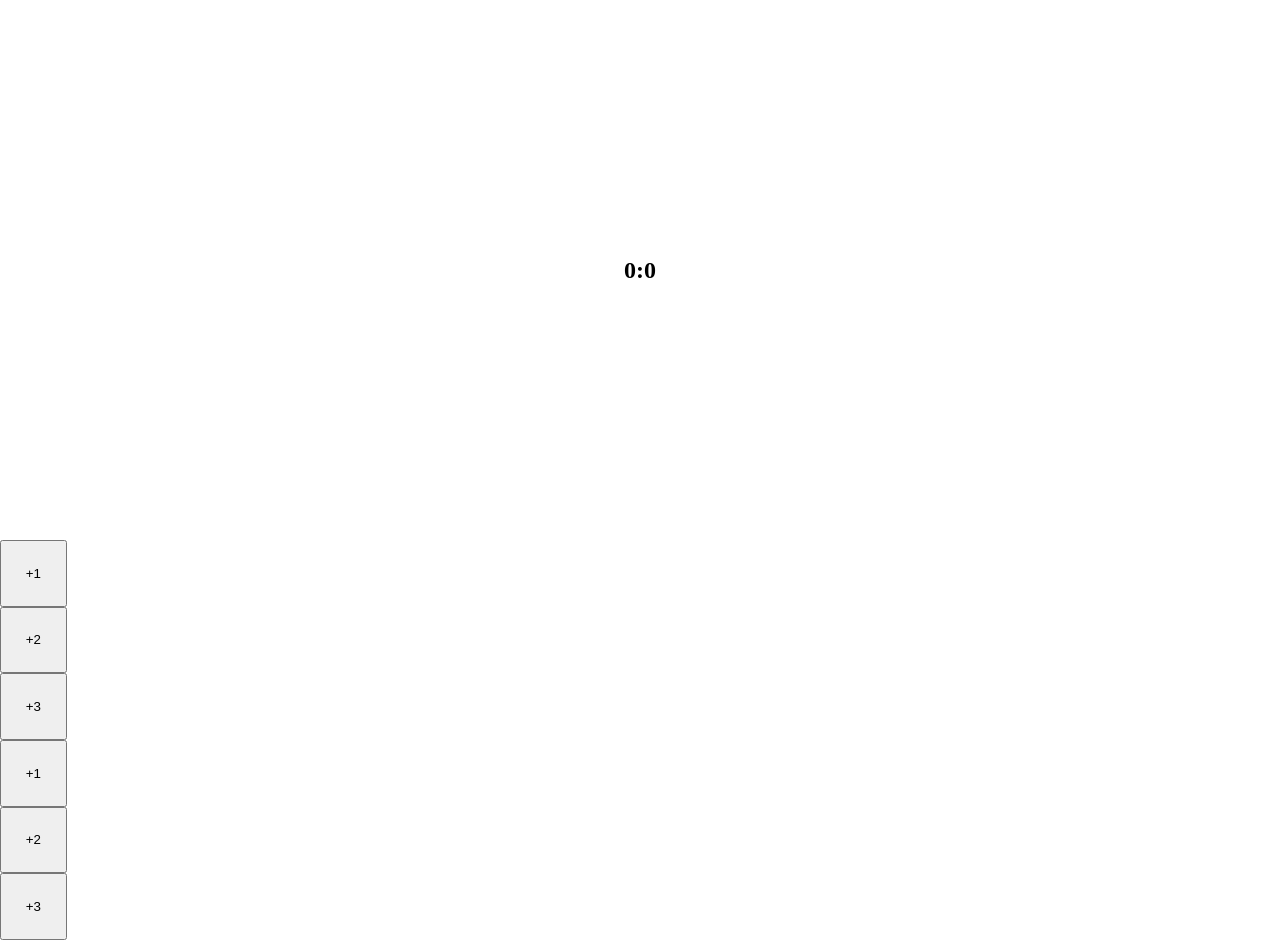
Repository: bollo89/scoreBoard
Page: index.html
The author's editor kept a copy of each file at every save. The page is drawn from the files as they stood at one save, then again after the next save.
The browser window is 1280 px wide. The pictures show the whole page.

Above is the page before, as saved 2022-01-21 12:38:07.

After the next save:
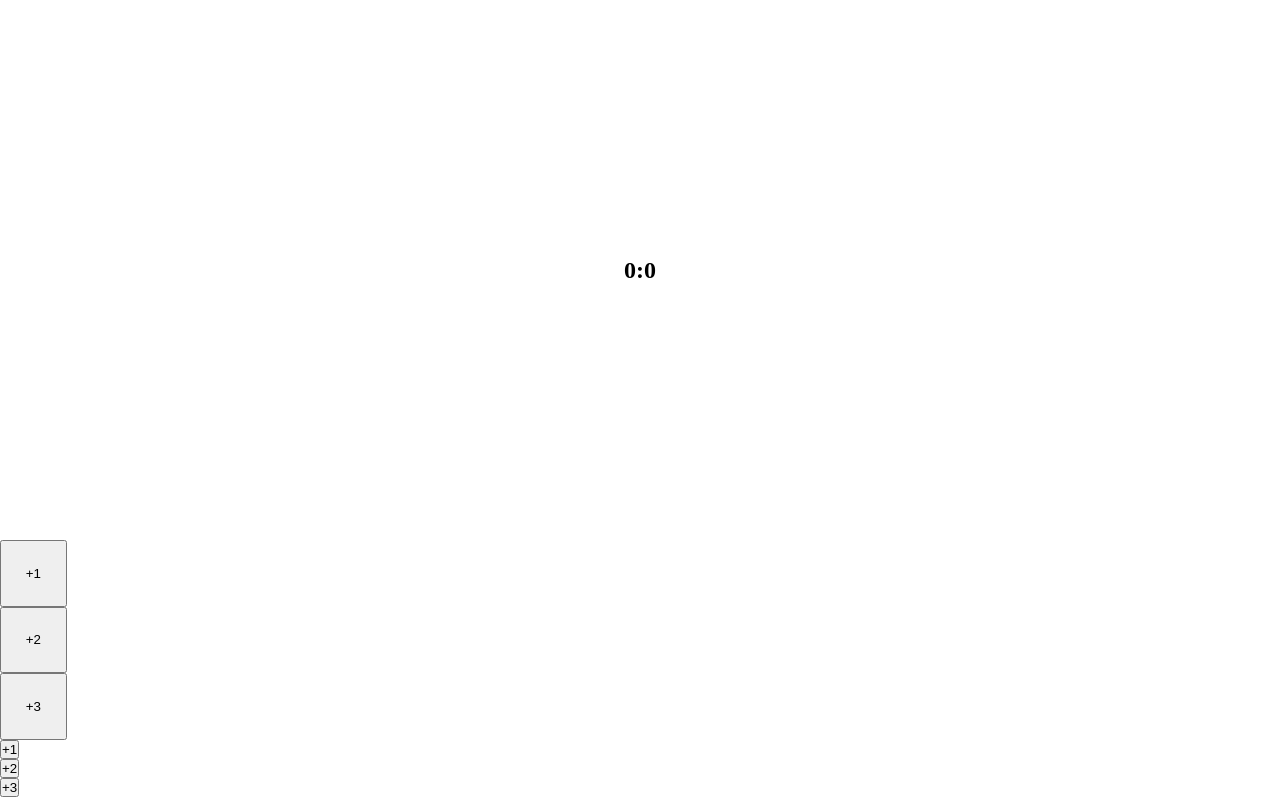
Saved 6 s later.
--- a/style.css
+++ b/style.css
@@ -35,6 +35,5 @@
     width: 5em;
 }
 .btn1a , .btn2a , .btn3a {
-    height: 5em;
-    width: 5em;
+
 }

After the 3 saves that followed:
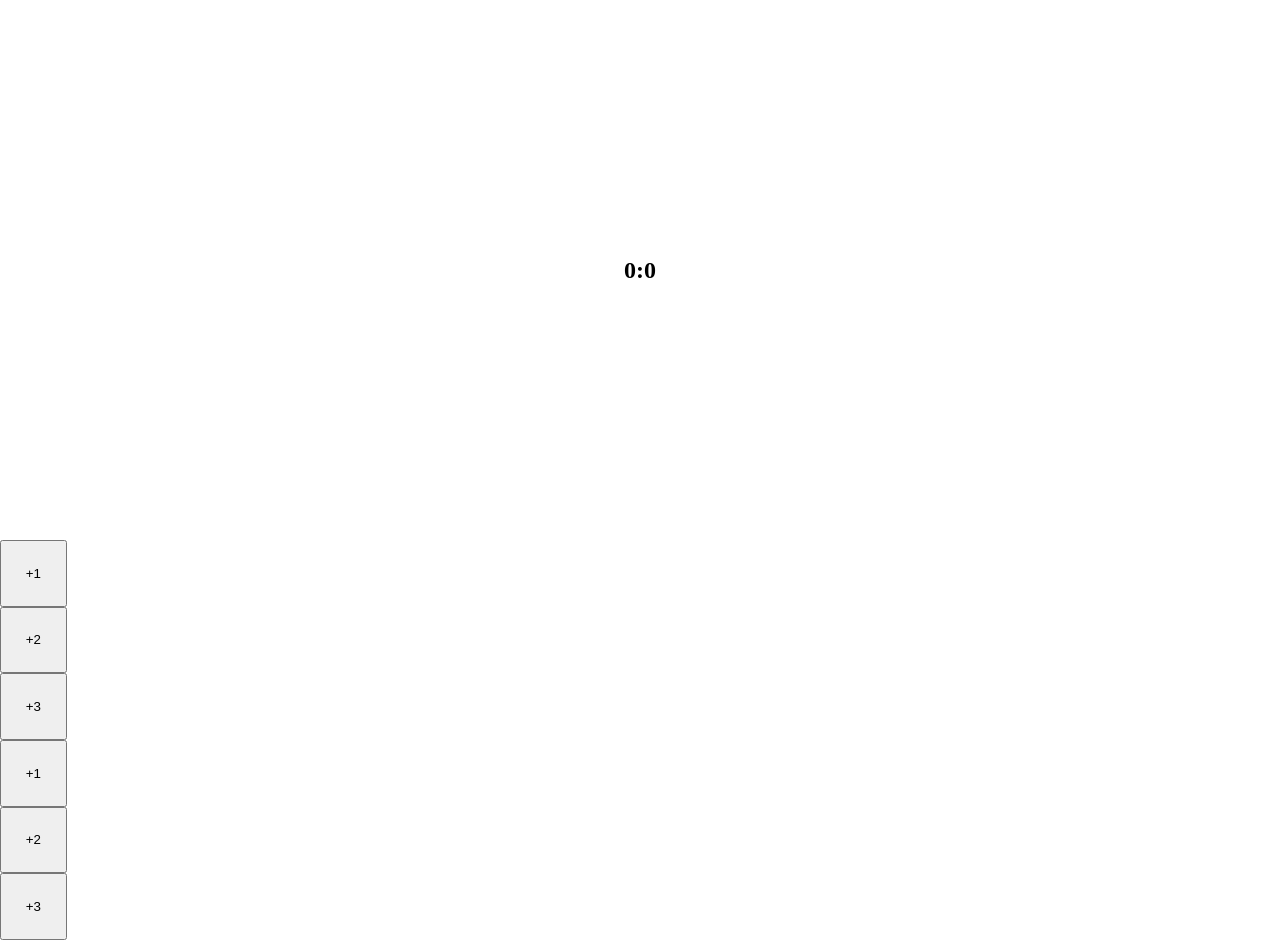
The 3 saves are shown as one change because 2 left the picture as it was.
The last was saved 107 s later.
--- a/style.css
+++ b/style.css
@@ -22,18 +22,14 @@
 }
 .btnsH div {
     width: 5em;
-    padding: 0;
 }
-.btnsH {
-
+.btnsA div {
+    width: 5em;
 }
-.btnsA {
-
-}
-.btn1h , .btn2h , .btn3h {
+.btn1h , .btn2h , .btn3h , .btn1a , .btn2a , .btn3a{
     height: 5em;
     width: 5em;
 }
-.btn1a , .btn2a , .btn3a {
+ {
 
 }
